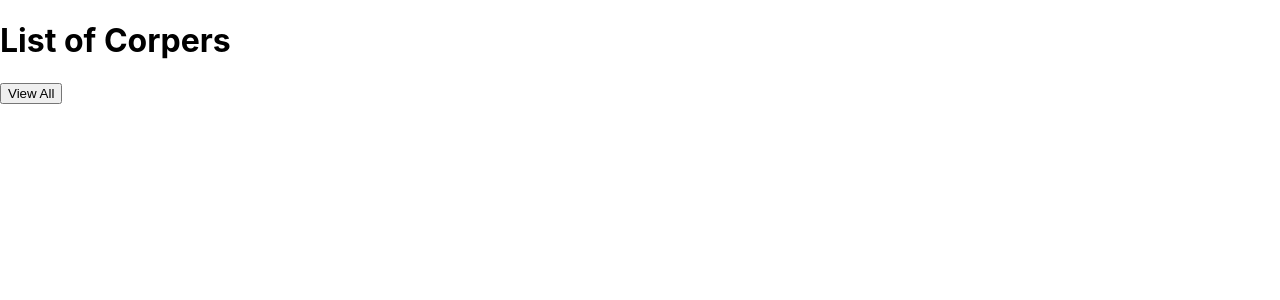
Repository: latenightsnacc/attendance-sheet
Page: /list (app in docs/client/)
The author's editor kept a copy of each file at every save. The page is drawn from the files as they stood at one save, then again after the next save.
The browser window is 1280 px wide. The pictures show the whole page.
The project was rebuilt for these pictures with package versions that can differ from the ones it lists, and the page was loaded fresh each time. Also part of the build but not shown: docs/client/src/App.css, docs/client/src/App.js.

Above is the page before, as saved 2022-01-21 10:32:05.

### docs/client/src/index.js
import React from 'react';
import ReactDOM from 'react-dom';
import './index.css';
import App from './App';
import reportWebVitals from './reportWebVitals';
import { BrowserRouter as Router, Route, Routes} from 'react-router-dom';

import List from './List';


ReactDOM.render(
  <React.StrictMode>
    <Router>

      <Routes>
        <Route path="/" element={<App />} />
        <Route path="/list" element={<List />} />
      </Routes>
    </Router>
  </React.StrictMode>,
  document.getElementById('root')
);

// If you want to start measuring performance in your app, pass a function
// to log results (for example: reportWebVitals(console.log))
// or send to an analytics endpoint. Learn more: https://bit.ly/CRA-vitals
reportWebVitals();

### docs/client/src/List.js
import {useState} from 'react';
import Axios from 'axios';
import './List.css';

const List = () => {
    const [profileList, setProfileList] = useState([]);

    const viewAll = () => {
        try {
            Axios.get("http://localhost:3030/corpers")
            .then((Response) => {
                setProfileList(Response.data);
            });
        } catch (e) {
            console.log(e);
        }
    }

    return(
        <div className='list'>
            <h1>List of Corpers</h1>

            <button onClick={viewAll}>View All</button>
            {profileList.map((val, key) => {
                return(
                    <div className='profile'>
                       <div className='detail'>{val.name}</div>
                       <div className='detail'>{val.email}</div>
                       <div className='detail'>{val.phone}</div>
                       <div className='detail'>{val.state}</div>
                       <div className='detail'>{val.state_code}</div>
                       <div className='detail'>{val.lga}</div>
                       <div className='detail'>{val.cds_group}</div>
                       <div className='detail'>{val.ppa}</div>
                    </div>
                )

            })}
        </div>
    )
}

export default List

### docs/client/src/List.css
.wrapper {
    width: 90%;
    margin: auto;
}

Loaded but not shown: docs/client/public/index.html (common file); docs/client/src/index.css (common file); docs/client/src/reportWebVitals.js (common file)

After the next save:
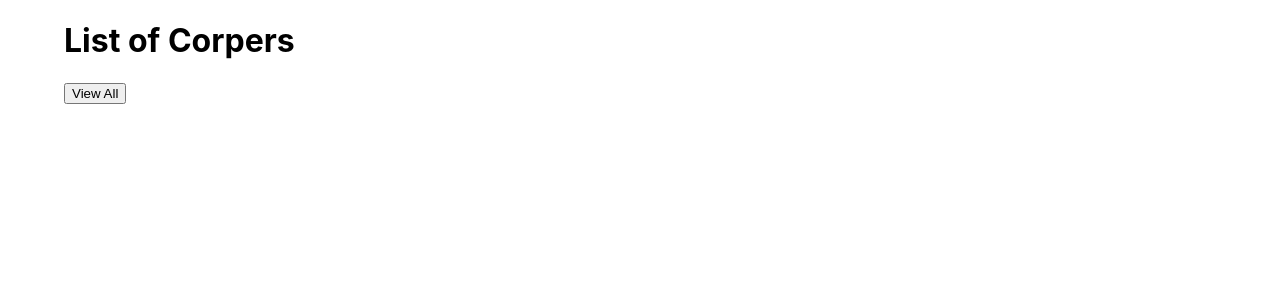
Saved 17 s later.
--- a/docs/client/src/List.css
+++ b/docs/client/src/List.css
@@ -1,4 +1,4 @@
-.wrapper {
+.list {
     width: 90%;
     margin: auto;
 }
